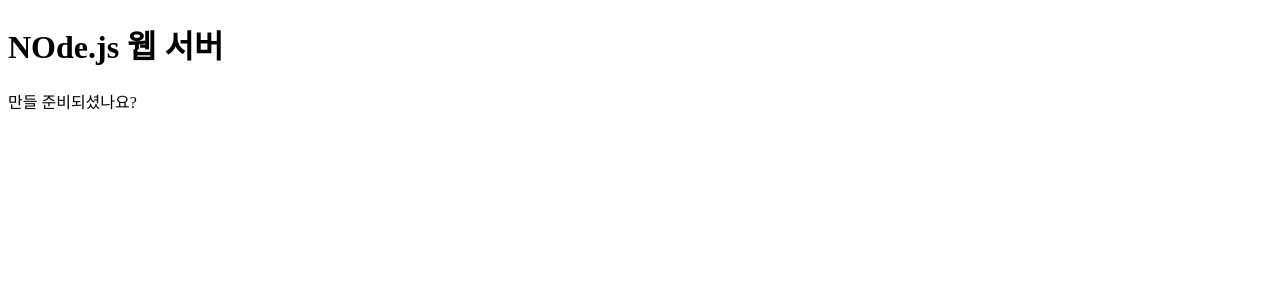
Repository: PareutPareut/frontend
Page: chapter4/server2.html
The author's editor kept a copy of each file at every save. The page is drawn from the files as they stood at one save, then again after the next save.
The browser window is 1280 px wide. The pictures show the whole page.

Above is the page before, as saved 2023-11-10 13:01:31.

After the next save:
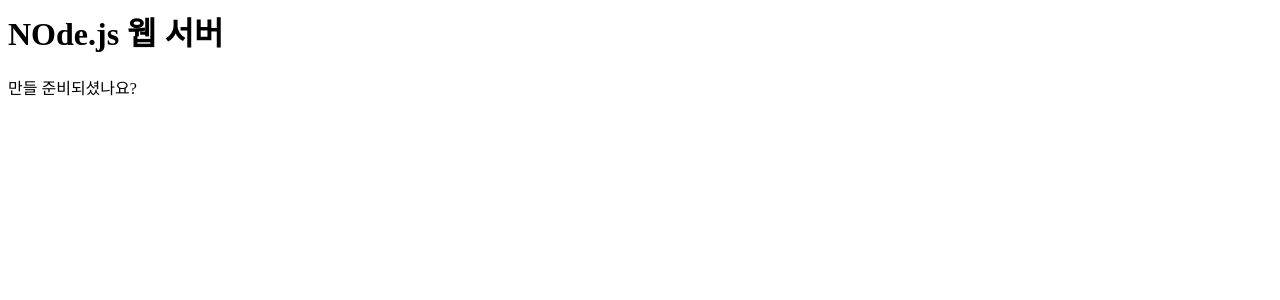
Saved 84 s later.
--- a/chapter4/server2.html
+++ b/chapter4/server2.html
@@ -1,4 +1,4 @@
-<!DOCTYPE html>
+
 <html>
     <head>
         <meta charset="utf-8" />
